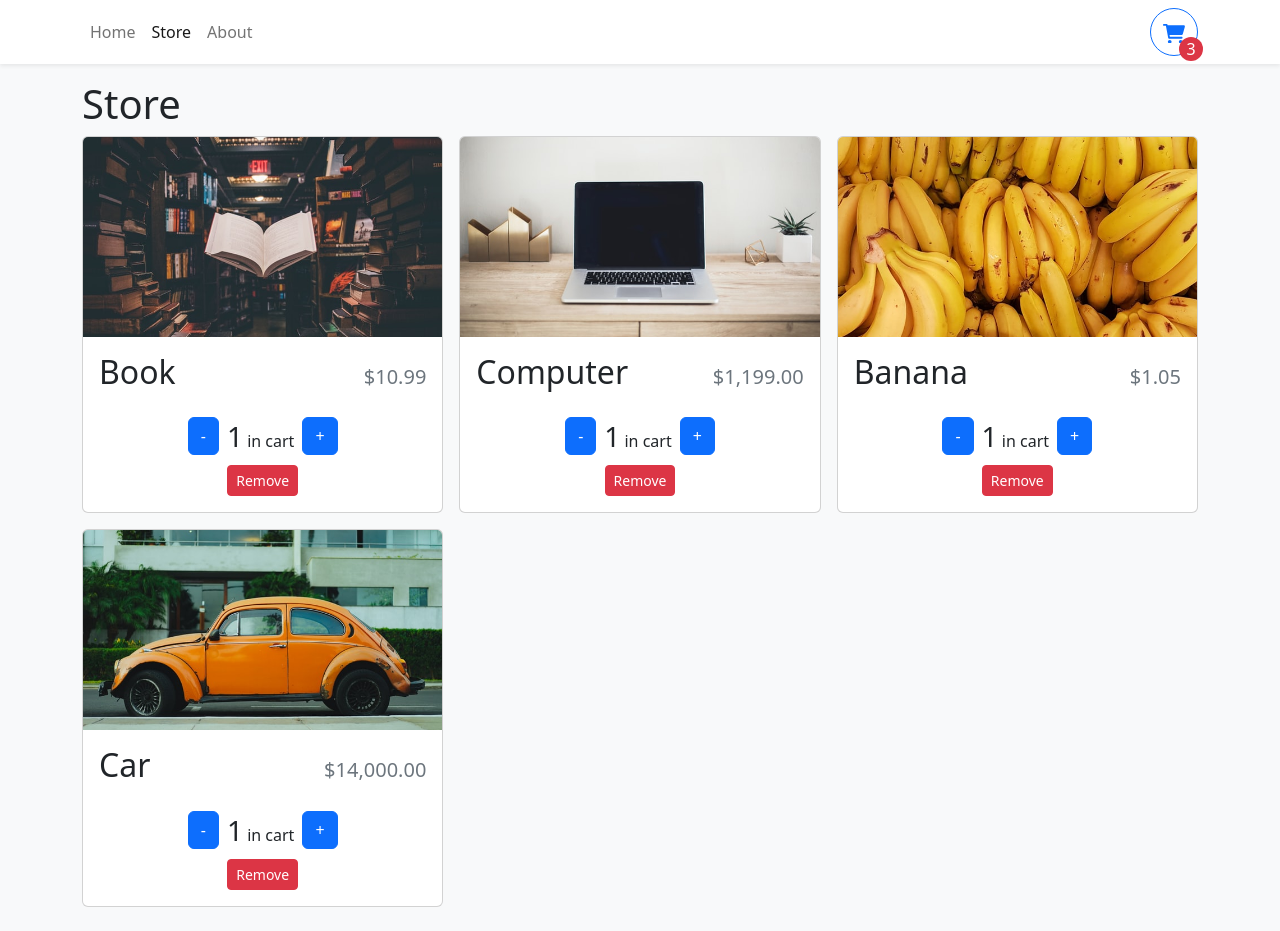
Repository: MoNasr2022/shopping-cart
Page: /store
An editor plug-in stored every save of this project. The page is shown before and after the next save, followed by the edit.
The browser window is 1280 px wide. The pictures show the whole page.
The project was rebuilt for these pictures with package versions that can differ from the ones it lists, and the page was loaded fresh each time. Also part of the build but not shown: vite.config.ts, src/pages/Home.tsx, src/pages/About.tsx.

Above is the page before, as saved 2023-04-17 23:05:31.

### index.html
<!DOCTYPE html>
<html lang="en">
  <head>
    <meta charset="UTF-8" />
    <link rel="icon" type="image/svg+xml" href="/vite.svg" />
    <meta name="viewport" content="width=device-width, initial-scale=1.0" />
    <title>Nasr Shopping Cart</title>
  </head>
  <body class="bg-light">
    <div id="root"></div>
    <script type="module" src="/src/main.tsx"></script>
  </body>
</html>

### src/App.tsx
import { Routes, Route } from "react-router-dom";
import { Container } from "react-bootstrap";
import Home from "./pages/Home";
import Store from "./pages/Store";
import About from "./pages/About";
import Navbar from "./components/Navbar";

function App() {
  return (
    <>
      <Navbar />
      <Container className="mb-4">
        <Routes>
          <Route path="/" element={<Home />} />
          <Route path="/store" element={<Store />} />
          <Route path="/about" element={<About />} />
        </Routes>
      </Container>
    </>
  );
}

export default App;

### src/pages/Store.tsx
import StoreItems from "../components/StoreItems";
import storeItems from "../data/items.json";
import { Row, Col } from "react-bootstrap";

export default function Store() {
  return (
    <>
      <h1>Store</h1>
      <Row md={2} xs={1} lg={3} className="g-3">
        {storeItems.map((item) => (
          <Col key={item.id}>
            <StoreItems {...item} />
          </Col>
        ))}
      </Row>
    </>
  );
}

### src/components/Navbar.tsx
import { Navbar as NavbarB } from "react-bootstrap";
import { Container, Nav, Button } from "react-bootstrap";
import { NavLink } from "react-router-dom";

export default function Navbar() {
  return (
    <NavbarB className="bg-white shadow-sm mb-3 " sticky="top">
      <Container>
        <Nav className="me-auto">
          <Nav.Link as={NavLink} to="/">
            Home
          </Nav.Link>
          <Nav.Link as={NavLink} to="/store">
            Store
          </Nav.Link>
          <Nav.Link as={NavLink} to="/about">
            About
          </Nav.Link>
        </Nav>
        <Button
          className=" rounded-circle"
          variant="outline-primary"
          style={{ position: "relative", width: "3rem", height: "3rem" }}
        >
          <svg

            xmlns="http://www.w3.org/2000/svg"
            viewBox="0 0 576 512"
            fill="currentColor"
          >
            <path d="M96 0C107.5 0 117.4 8.19 119.6 19.51L121.1 32H541.8C562.1 32 578.3 52.25 572.6 72.66L518.6 264.7C514.7 278.5 502.1 288 487.8 288H170.7L179.9 336H488C501.3 336 512 346.7 512 360C512 373.3 501.3 384 488 384H159.1C148.5 384 138.6 375.8 136.4 364.5L76.14 48H24C10.75 48 0 37.25 0 24C0 10.75 10.75 0 24 0H96zM128 464C128 437.5 149.5 416 176 416C202.5 416 224 437.5 224 464C224 490.5 202.5 512 176 512C149.5 512 128 490.5 128 464zM512 464C512 490.5 490.5 512 464 512C437.5 512 416 490.5 416 464C416 437.5 437.5 416 464 416C490.5 416 512 437.5 512 464z" />
          </svg>

          <span
            className="position-absolute  bg-danger rounded-circle"
            style={{
              color: "white",
              bottom: 0,
              right: 0,
              transform: "translate(25%, 25%)",
              width: "1.5rem",
              height: "1.5rem",

              display: "flex",
              justifyContent: "center",
              alignItems: "center",
            }}
          >
            3
          </span>
        </Button>
      </Container>
    </NavbarB>
  );
}

### src/components/StoreItems.tsx
import { Button, Card } from "react-bootstrap";
import { formatCurrency } from "../utilities/formatCurrency";

type StoreItemsProps = {
  id: number;
  name: string;
  price: number;
  imgUrl: string;
};

function StoreItems({ id, name, price, imgUrl }: StoreItemsProps) {
  const quantity = 1;
  return (
    <Card className="h-100">
      <Card.Img
        variant="top"
        src={imgUrl}
        height="200px"
        style={{ objectFit: "cover" }}
      />
      <Card.Body className="d-flex flex-column">
        <Card.Title className="d-flex justify-content-between align-items-baseline mb-4 ">
          <span className="fs-2">{name}</span>
          <span className="ms-2 text-muted">{formatCurrency(price)}</span>
        </Card.Title>
        <div className="mt-auto">
          {quantity === 0 ? (
            <Button className="btn btn-primary w-100">+ Add to Cart</Button>
          ) : (
            <div
              className="d-flex flex-column align-items-center"
              style={{ gap: ".5rem" }}
            >
              <div
                className="d-flex justify-content-center align-items-center"
                style={{ gap: ".5rem" }}
              >
                <Button>-</Button>
                <div>
                  <span className="fs-3">{quantity}</span> in cart
                </div>
                <Button>+</Button>
              </div>
              <Button variant="danger" size="sm">Remove</Button>
            </div>
          )}
        </div>
      </Card.Body>
    </Card>
  );
}

export default StoreItems;

### src/utilities/formatCurrency.ts
const CURRENCY_FORMATTER = new Intl.NumberFormat(undefined, {
    style: 'currency',
    currency: 'USD',
})

export function formatCurrency (number: number){
  return  CURRENCY_FORMATTER.format(number)
};

Loaded but not shown: src/main.tsx (common file); src/data/items.json (common file)

After the next save:
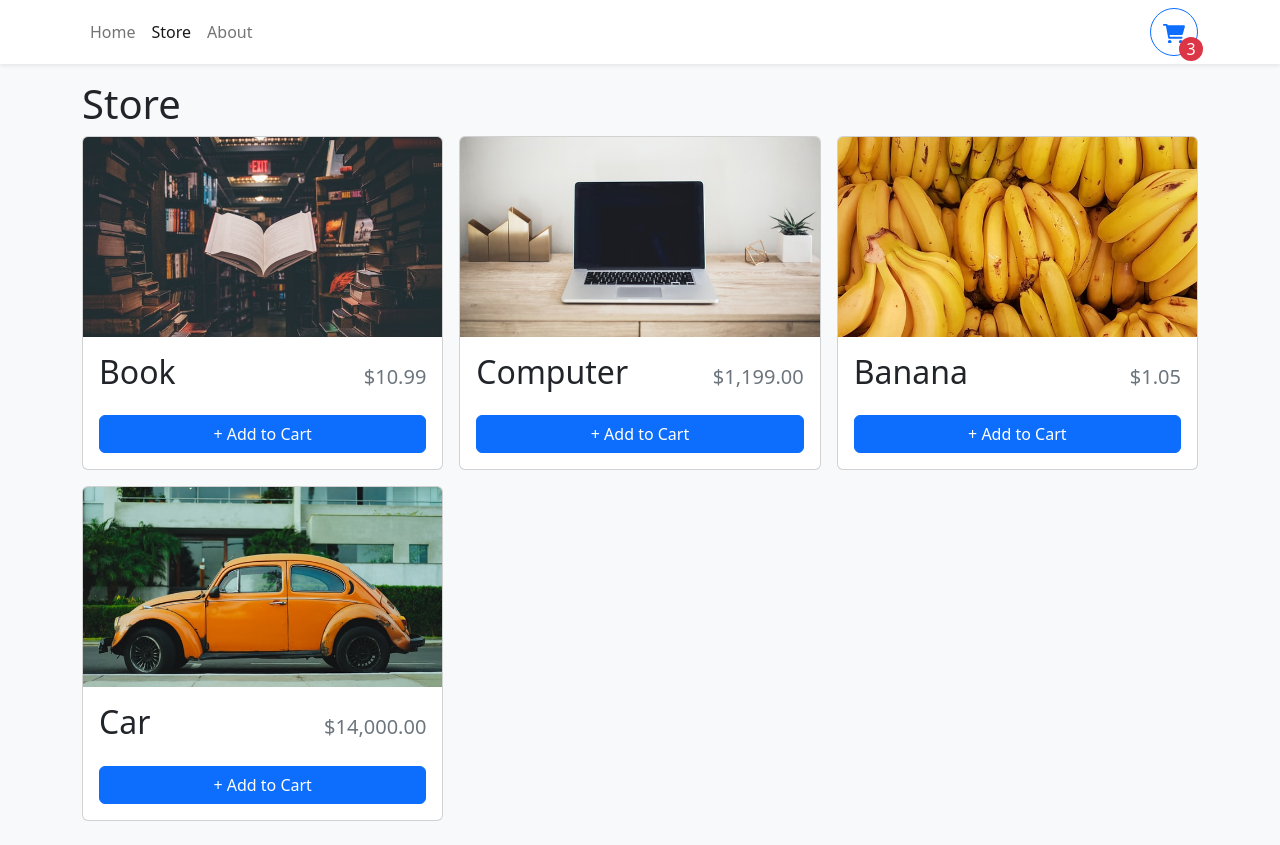
Saved 9 s later.
--- a/src/components/StoreItems.tsx
+++ b/src/components/StoreItems.tsx
@@ -9,7 +9,7 @@ type StoreItemsProps = {
 };
 
 function StoreItems({ id, name, price, imgUrl }: StoreItemsProps) {
-  const quantity = 1;
+  const quantity = 0;
   return (
     <Card className="h-100">
       <Card.Img
